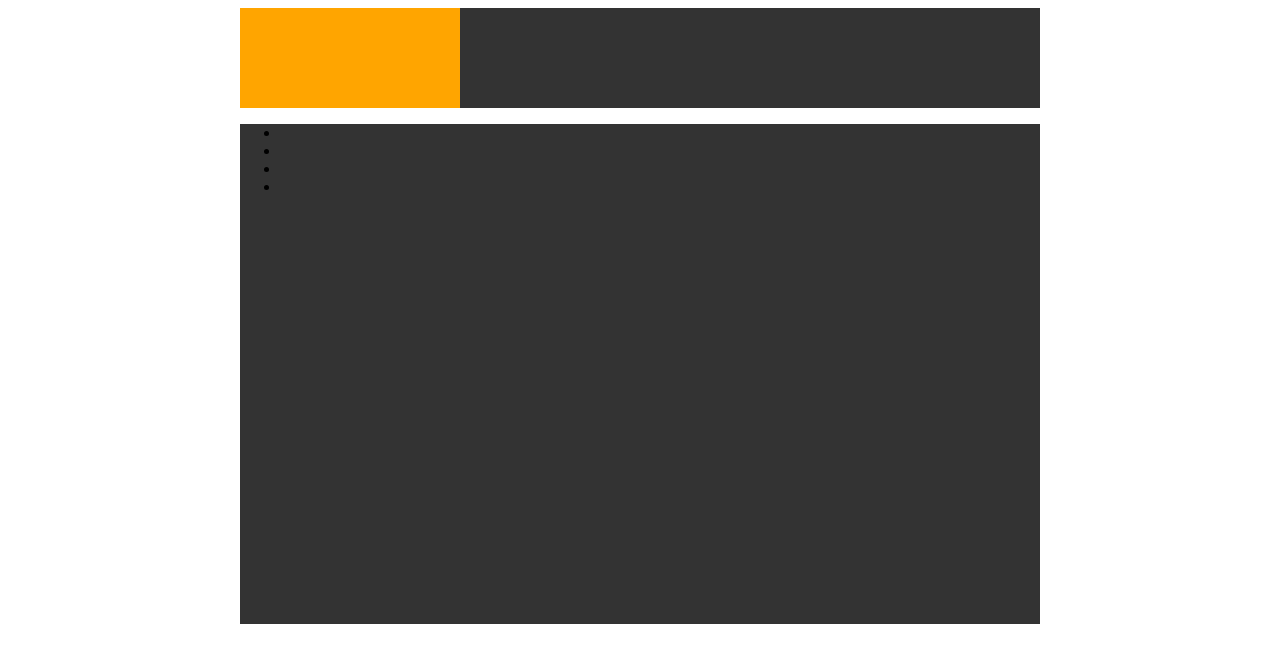
Repository: Tdaine/node
Page: css/code/floatWebLayout.html
These files come from the project's save history. The page is drawn as it stood at one moment and after the next save; the edit follows.
The browser window is 1280 px wide. The pictures show the whole page.

Above is the page before, as saved 2021-04-28 15:29:17.

After the next save:
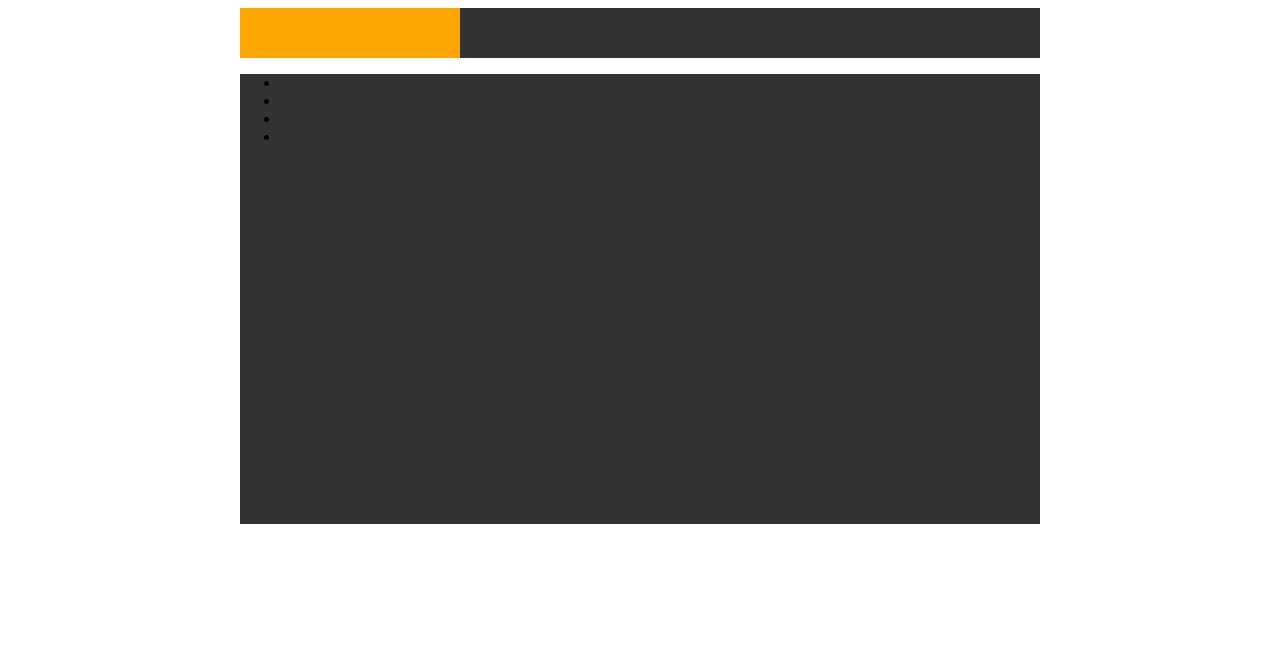
Saved 28 s later.
--- a/css/code/floatWebLayout.html
+++ b/css/code/floatWebLayout.html
@@ -8,7 +8,7 @@
   <style>
     header{
       width: 800px;
-      height: 100px;
+      height: 50px;
       margin: 0 auto;
       background-color: #333;
     }
@@ -20,13 +20,13 @@
     }
     footer{
       width: 800px;
-      height: 100px;
+      height: 50px;
       margin: 0 auto;
       background-color: #333;
     }
     header .logo{
       width: 220px;
-      height: 100px;
+      height: 50px;
       float: left;
       background-color: orange;
     }
